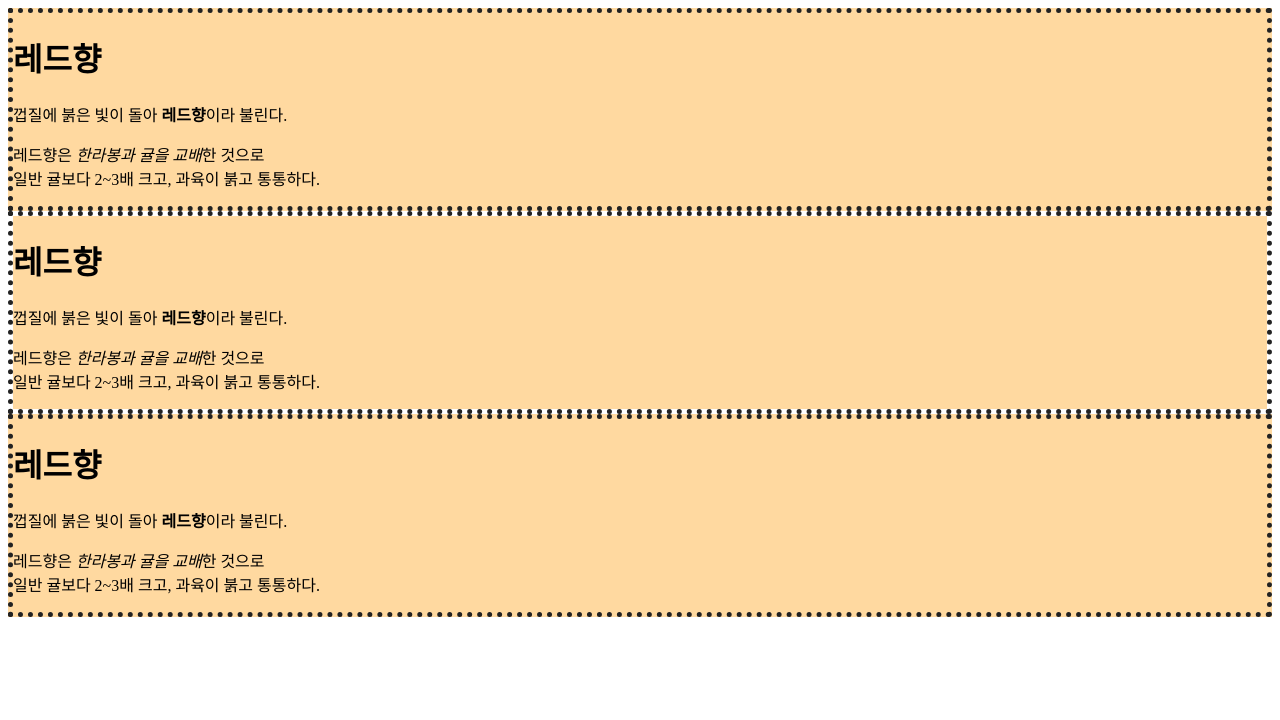
Repository: topyoungil/CodeMemories-ByJake
Page: HTML_CSS/WebContent/test/1003_css/bg-clip.html
The author's editor kept a copy of each file at every save. The page is drawn from the files as they stood at one save, then again after the next save.
The browser window is 1280 px wide. The pictures show the whole page.

Above is the page before, as saved 2022-10-03 13:09:29.

### HTML_CSS/WebContent/test/1003_css/bg-clip.html
<!DOCTYPE html>
<html>
<head>
<meta charset="UTF-8">
<title>Insert title here</title>
<style>
	.desc {
		border: 5px dotted #222;
		background-color: #ffd9a0;


	}

	#clip-border {
		background-clip: border-box;
	}

	#clip-padding {
		background-clip: padding-box;
	}

	#clip-padding {
		background-clip: content-box;
	}
</style>
</head>
<body>
	<div id="container">
		<div class="desc" id="clip-border">
			<h1>레드향</h1>
		      <p>껍질에 붉은 빛이 돌아 <b>레드향</b>이라 불린다.</p>
		      <p>레드향은 <em>한라봉과 귤을 교배</em>한 것으로<br>일반 귤보다 2~3배 크고, 과육이 붉고 통통하다.</p>
		</div>
		<div class="desc" id="clip-padding">
			<h1>레드향</h1>
		      <p>껍질에 붉은 빛이 돌아 <b>레드향</b>이라 불린다.</p>
		      <p>레드향은 <em>한라봉과 귤을 교배</em>한 것으로<br>일반 귤보다 2~3배 크고, 과육이 붉고 통통하다.</p>
		</div>
		<div class="desc" id="clip-content">
			<h1>레드향</h1>
		      <p>껍질에 붉은 빛이 돌아 <b>레드향</b>이라 불린다.</p>
		      <p>레드향은 <em>한라봉과 귤을 교배</em>한 것으로<br>일반 귤보다 2~3배 크고, 과육이 붉고 통통하다.</p>
		</div>
	</div>
</body>
</html>

After the next save:
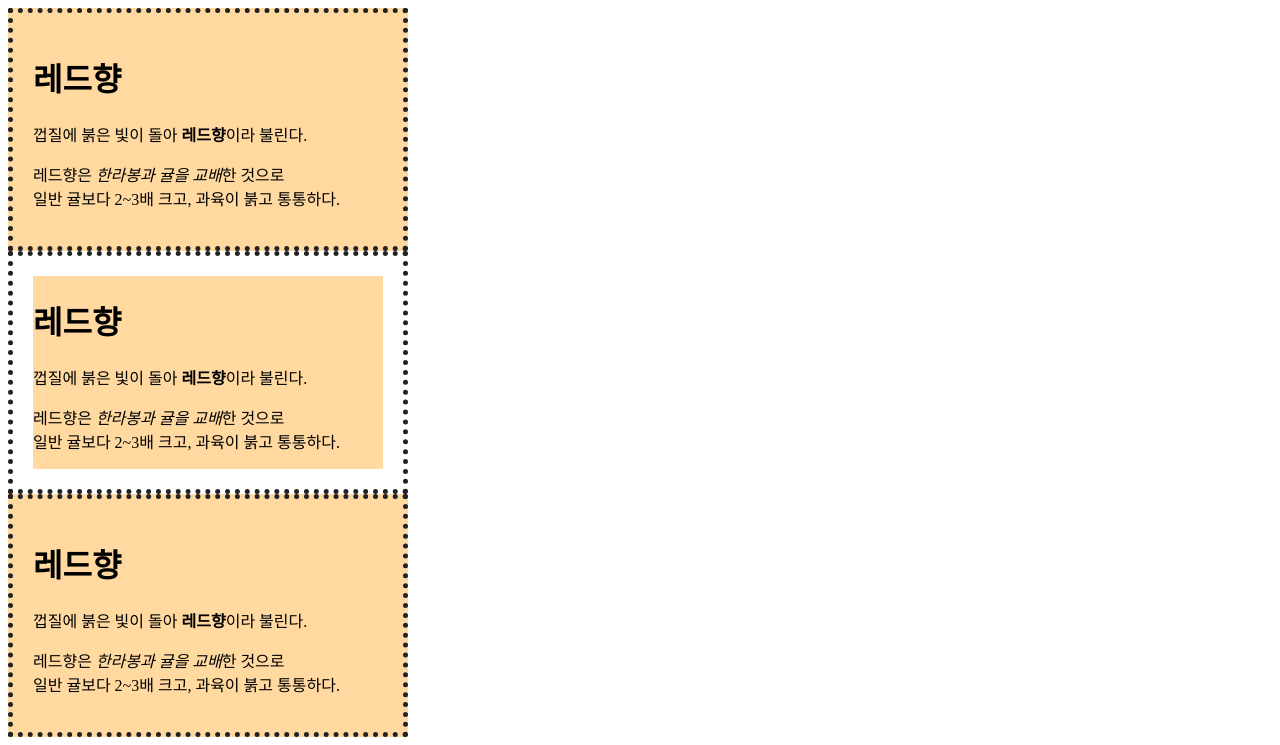
Saved 17 s later.
--- a/HTML_CSS/WebContent/test/1003_css/bg-clip.html
+++ b/HTML_CSS/WebContent/test/1003_css/bg-clip.html
@@ -7,6 +7,8 @@
 	.desc {
 		border: 5px dotted #222;
 		background-color: #ffd9a0;
+		width: 350px;
+		padding: 20px;
 
 
 	}
